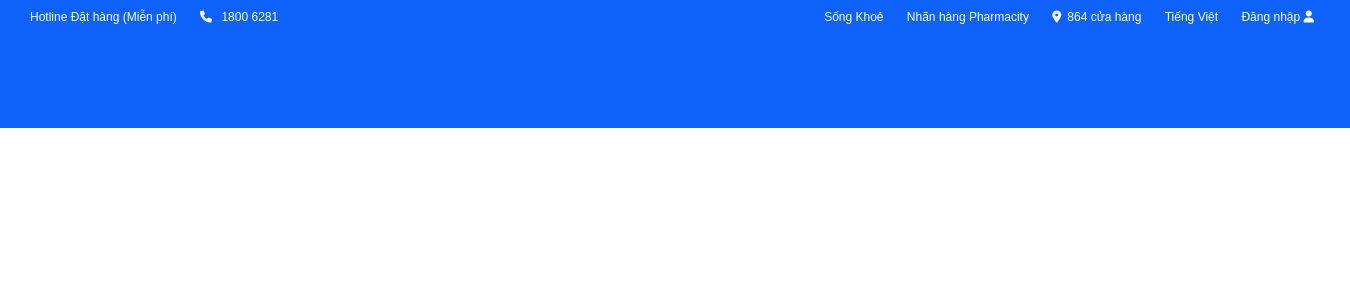
Repository: CGAnVil/case-module3-nhom6
Page: src/main/webapp/index.html
The author's editor kept a copy of each file at every save. The page is drawn from the files as they stood at one save, then again after the next save.
The browser window is 1280 px wide. The page is 1350 px wide, so the pictures cover 1350 px, including what lies to the right of the window. The pictures show the whole page.

Above is the page before, as saved 2022-03-08 16:05:00.

After the next save:
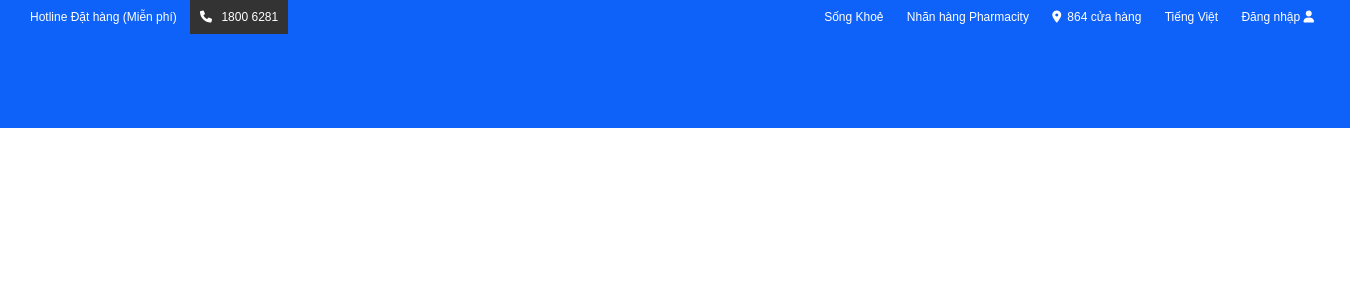
Saved 8 s later.
--- a/src/main/webapp/style.css
+++ b/src/main/webapp/style.css
@@ -35,4 +35,6 @@ a {
     padding-right: 6px;
 }
 
-.header-top-left a:nth-child(2) {}
+.header-top-left a:nth-child(2) {
+    background-color: #333;
+}
